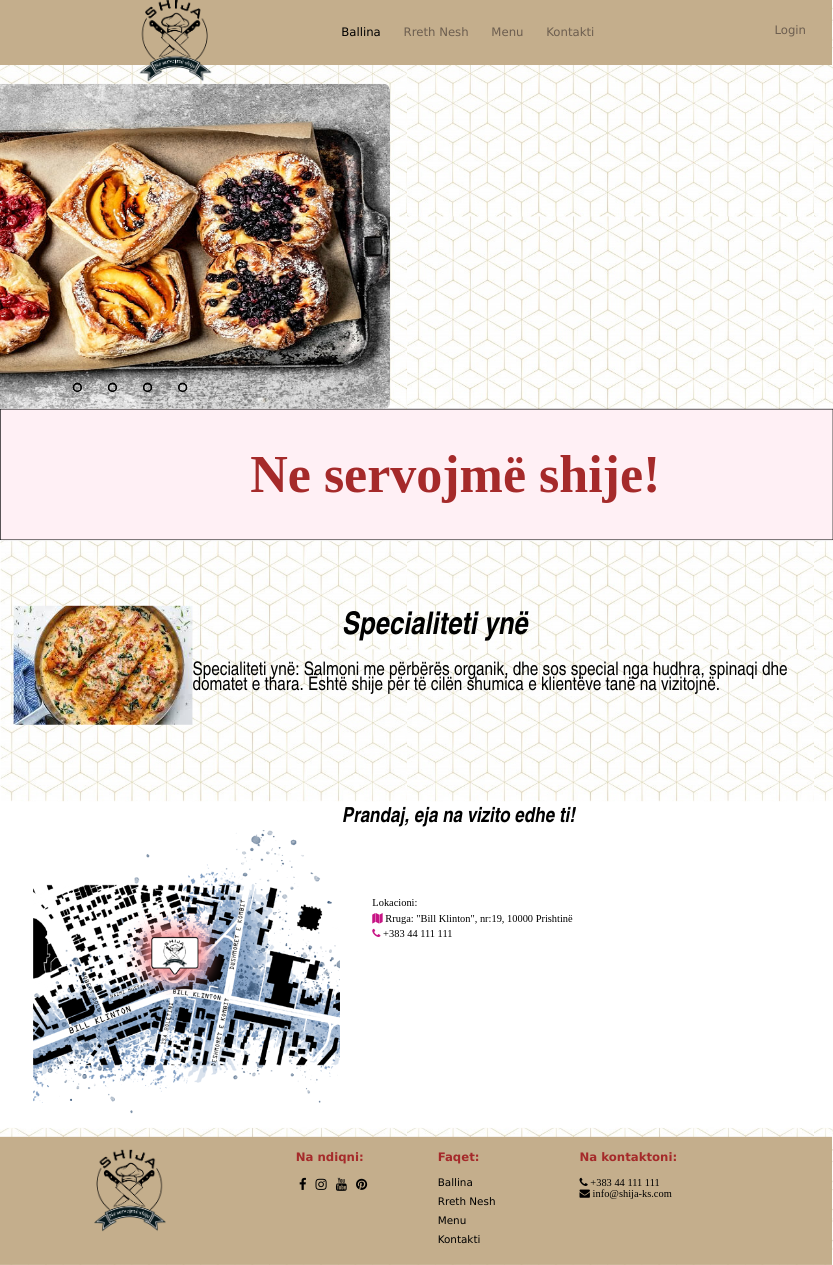
Repository: bs47892/ProjektiWeb-Shija2020
Page: http://localhost/shija.html
An editor plug-in stored every save of this project. The page is shown before and after the next save, followed by the edit.
The browser window is 1280 px wide. The page is 1282 px wide, so the pictures cover 1282 px, including what lies to the right of the window. The pictures show the whole page, at 65% of full size.
The page is run by PHP 8.4 with error messages shown; the project is at /var/www/html/.

Above is the page before, as saved 2021-02-11 23:07:04.

### shija.html
<!DOCTYPE html>
<html lang="en" dir="ltr">
    <head>
        <meta charset="utf-8">
<title> Restaurant Shija </title>
<link rel="stylesheet" type="text/css" href ="style.css">
<link rel="stylesheet" href="https://stackpath.bootstrapcdn.com/font-awesome/4.7.0/css/font-awesome.min.css">
    </head>
    <body>
       <header class="header">
           <div class ="container">
               <div class="logo">
            <img src="images/logo-png.png" alt="llogo" width="110" height="125"/>
               </div>
           <nav>
            <ul>
                <li><a href="shija.html" class="underline active">Ballina</a></li>
                <li><a href="RrethNesh.html" class="underline">Rreth Nesh</a></li>
                <li><a href="menu.html" class="underline">Menu</a></li>
                <li><a href="kontakti.html" class="underline">Kontakti</a></li>
            </ul>
            </nav>
            <li><a href="login/login.html" class="rightlog">Login</a></li>


           </div>
        </header>
 <!--********************Ketu perfundon tagu per header*****************************-->
 <!--ketu fillon slideri-->
<div class="slider">
    <dic class="slides">
        <input type="radio" name="radio-btn" id="radio1">
        <input type="radio" name="radio-btn" id="radio2">
        <input type="radio" name="radio-btn" id="radio3">
        <input type="radio" name="radio-btn" id="radio4">


        <div class="slide first">
            <img src="images/7.jpg" alt="">
        </div>
        <div class="slide">
            <img src="images/6.jpg" alt="">
        </div>
        <div class="slide">
            <img src="images/3.jpg" alt="">
        </div>
        <div class="slide">
            <img src="images/4.jpg" alt="">
        </div>
        <dic class="navigation-auto">
            <div class="auto-btn1"></div>
            <div class="auto-btn2"></div>
            <div class="auto-btn3"></div>
            <div class="auto-btn4"></div>


        </dic>

        <div class="navigation-manual">
            <label for="radio1" class="manual-btn"></label>
            <label for="radio2" class="manual-btn"></label>
            <label for="radio3" class="manual-btn"></label>
            <label for="radio4" class="manual-btn"></label>

        </div>
</div>
<script type="text/javascript">
var counter=1;
setInterval(function(){
    document.getElementById('radio'+ counter).checked=true;
    counter++;
    if(counter>4){
        counter=1;
    }
},5000);
</script>
<!--ketu perfundon slideri-->
<!--ketu fillon text box sllogani-->
<div class="sllogani">
<h1>Ne servojmë shije!</h1>
</div>
<!--ketu perfundon text box sllogani-->
<!--specialiteti-->
<div class="specialiteti">
<img src="images/download.jpg">
<h1>Specialiteti ynë</h1>
<p>Specialiteti ynë: Salmoni me përbërës organik, dhe sos special nga hudhra, spinaqi dhe domatet e thara. Është shije për të cilën shumica e klientëve tanë na vizitojnë.</p>
</div>
<!--/specialiteti-->
<!--ketu fillon fotoja e lokacionit e lokacionit-->
<div class="lokacioni">
    <h1>Prandaj, eja na vizito edhe ti!</h1>
    <img src="images/Untitled-1.png">
    <p>Lokacioni:
     <br><i class="fa fa-map"></i> Rruga: "Bill Klinton", nr:19, 10000 Prishtinë
      <br><i class="fa fa-phone"></i> +383 44 111 111
    </p>

</div>
<!--ketu perfundon fotoja e lokacionit-->
<!--**************************Ketu fillon footeri**********************************-->
<footer class="footer">
    <div class="inner_footer">
        <div class="logo">
            <img src="images/logo-png.png" alt="llogo" width="110" height="125"/>
        </div>
        <div class ="footer_third">

            <h3>Na ndiqni: </h3>
            <p>

            </p>
            <div class="socials">
            <ul>
            <li><a href="#"><i class="fa fa-facebook"></i></a></li>
            <li><a href="#"><i class="fa fa-instagram"></i></a></li>
            <li><a href="#"><i class="fa fa-youtube"></i></a></li>
            <li><a href="#"><i class="fa fa-pinterest"></i></a></li>
            </ul>
            </div>
        </div>
        <div class ="footer_third">
            <h3>Faqet: </h3>
            <p>

            </p>
            <div class="menu">
            <ul>
                <li><a href="shija.html">Ballina</a></li>
                <li><a href="RrethNesh.html">Rreth Nesh</a></li>
                <li><a href="menu.html">Menu</a></li>
                <li><a href="kontakti.html">Kontakti</a></li>
            </ul>
            </div>
            </div>

        <div class ="footer_third">
            <h3>Na kontaktoni: </h3>
            <p>

            </p>
            <div class="kontakti">
                <i class="fa fa-phone"> +383 44 111 111</i>
            <i class ="fa fa-envelope"> info@shija-ks.com</i>
            </div>
        </div>





    </footer>
    </body>
</html>

### style.css
*{
    margin:0;
    padding:0;
    list-style: none;
    text-decoration: none;
}
body{
    background-image:url(images/mainbackground.jpg);
}


header{
    min-height: 100px;
    background-color: rgb(196, 174, 140);
}
.logo {

    float:left;
    padding: 0 200px 0 215px;

}
nav ul li{
    float: left;
    line-height: 100px; /*text in the center*/
    padding-right: 15px;
}

nav ul li a{
    display: block;
    font-size: 18px;
    font-family:Verdana, Geneva, Tahoma, sans-serif;
    color:rgba(44, 37, 37, 0.582);
    padding: 0px 20px 1px 0px;

}

nav ul li a:hover{
    color:rgb(0, 0, 0);
}

.underline {
    display: inline;
    position: relative;
    user-select: none;
}



.underline::before {
    content: '';
    position: absolute;
    width: 100%;
    transform: scaleX(0);
    height: 3px;
    bottom: 0;
    left: 0;
    background-color: #000000c4;
    transform-origin: center;
    transition: transform 0.30s ease-out;
}
.underline:hover::before {
    transform: scaleX(1);
    transform-origin: center;
}

.active {
    color: black;
}
footer{
    position: relative;;    /*rreshti 47 dhe 48 e definojne poziten e footerit*/
    bottom: 0;
    width: 100vw;
    display: block;
    overflow: hidden;
    padding: 20px 0;
    box-sizing: border-box;
    background-color: rgb(196, 174, 140);
}
.inner_footer{
    display: block;
    margin: 0 auto;
    width: 1100px;
}
.inner_footer .logo{
   padding-left: 5%;

}
.inner_footer .footer_third{

  width: calc(21.666666667% - 20px);
  display: inline;
    float:left;
    height:100%
}
.inner_footer .footer_third:last-child{
    margin-right:0;
}
.inner_footer .footer_third h3{
    font-family: Verdana, Geneva, Tahoma, sans-serif;
    font-size:18px;
    color: brown;
    display:block;
    width: 100%;
    margin-bottom:20px;
}
.inner_footer .footer_third .socials a{
    font-family: Verdana, Geneva, Tahoma, sans-serif;

    display:block;
    color: black;
    font-weight:200;
    width: 100%;
    padding-bottom:20px;
}
.inner_footer .footer_third .socials li{
    display: inline-block;
    padding: 0 5px;
    font-size: 20px;
}
.inner_footer .footer_third .menu a{
    font-family:Verdana, Geneva, Tahoma, sans-serif;
    display:block;
    color: black;
    padding-bottom:10px;
}

.rightlog {
    float: right;
    display: block;
    font-size: 18px;
    font-family:Verdana, Geneva, Tahoma, sans-serif;
    color:rgba(44, 37, 37, 0.582);
    padding: 35px 40px 35px 35px;
}

.rightlog:hover {
    color: black;
}
/*main page (slider)*/
.slider{


    transform: translate(-25%, 0%);
       width:800px;
       height:500px;
       border-radius: 10px;
       overflow:hidden;

   }
   .slides{
       width:500%;
       height: 500px;
       display: flex;
   }
   .slides input{
       display: none;
   }
   .slide{
       width:20%;
       transition: 2s;
   }
   .slide img{
       width:800px;
       height:500px;
   }
   .navigation-manual{
   position: absolute;
   width:800px;
   margin-top: 460px;
   display: flex;
   justify-content: center;

   }
   .manual-btn{
       border:2px solid black;
       padding: 5px;
       border-radius: 10px;
       cursor:pointer;
       transition:1s;
   }
   .manual-btn:not(:last-child){
       margin-right: 40px;
   }
   .manual-btn:hover{
       background-color: black;

   }
   #radio1:checked ~ .first{
       margin-left:0;
   }
   #radio2:checked ~ .first{
       margin-left:-20%;
   }
   #radio3:checked ~ .first{
       margin-left:-40%;
   }
   #radio4:checked ~ .first{
       margin-left:-60%;
   }
   .navigation-auto{
       position: absolute;
       display: flex;
       width:800px;
       justify-content: center;
       margin-top: 460px;
   }
   .navigation-auto div{
       border:2px solid black;
       padding:5px;
       border-radius:10px;
       transition: 1s;
   }
   .navigation-auto div:not(:last-child){
       margin-right: 40px;
   }
   #radio:checked ~ .navigation-auto.auto-btn1{
       background: black;
   }
   #radio:checked ~ .navigation-auto.auto-btn2{
       background: black;
   }
   #radio:checked ~ .navigation-auto.auto-btn3{
       background: black;
   }
   #radio:checked ~ .navigation-auto.auto-btn4{
       background: black;
   }
   /*main slider perfundon ketu*/

   /*sllogani*/
   .sllogani{
       display:block;
       border:1px solid black;
       height: 200px;
       width: 100%;
       background-color:lavenderblush;
   }
   .sllogani h1{
      font-size: 500%;
      font-family:Brush Script MT, Brush Script Std, cursive;
      color: brown;
      margin-top: 50px;
      margin-left: 30%;

   }
   /*perfundoi sllogani*/
   /*specialitet*/
   .specialiteti{
       display: block;
       border:1px solid white;
       height: 400px;
       width:100%;

   }
   .specialiteti img{
       float:left;
       margin-top:100px;
       margin-left: 20px;
       size: 275, 153;
   }
   .specialiteti h1{
       font-size: 300%;
       margin-top: 100px;
       font-family:Arial Narrow, sans-serif;
       font-style: italic;
   }
   .specialiteti p{
       font-size: 180%;
       margin-top: 25px;
       margin-right: 50px;
       font-family:Arial Narrow, sans-serif;
   }
   /*perfundon specialiteti*/
   .lokacioni{
    display: block;
    border:1px solid white;
    height: 500px;
    width:100%;
    background-color: white;

   }
.lokacioni img{
 float: left;
 margin-left: 50px;
}
.lokacioni h1{
    font-family:Arial Narrow, sans-serif;
    font-style: italic;
}
.lokacioni p{
float: right;
margin-right: 400px;
margin-top:100px;
}
.lokacioni p i{
    color:mediumvioletred;
}

/* Rreth nesh */
.body02 {
    background-image:url(images/rrethdesc.png);
    height: 600px;
    width: 1536px;
}
.about-section{
    font-family: Verdana, Geneva, Tahoma, sans-serif;
}

.inner-container{
    height: 400px;
    font-family: 'Poppins', sans-serif;
}

.inner-container h1{
    font-size: 30px;
    font-weight: 900;
}

.text{
    font-size: 20px;
    color: #545454;
    line-height: px;
    text-align: justify;

}

h1 {
    margin-left: 41%;
    padding-top: 5px;
}

h2 {
    padding-top: 50px;
    padding-left: 30px;
}

p {
    line-height: 24px;
}

/*Menu fillon ketu*/


/*Contact Form fillon ketu*/

.containerc {
    max-width: 700px;
    width: 100%;
    margin: 0% 30% 30% 28% ;
    position: relative;
  }

  #contact input[type="text"],
  #contact input[type="email"],
  #contact input[type="tel"],
  #contact input[type="url"],
  #contact textarea,
  #contact button[type="submit"] {
    font: 400 12px/16px "Roboto", Helvetica, Arial, sans-serif;
  }

  #contact {
    background: #F9F9F9;
    padding: 25px;
    margin: 150px 0;
    box-shadow: 0 0 20px 0 rgba(0, 0, 0, 0.2), 0 5px 5px 0 rgba(0, 0, 0, 0.24);
  }

  #contact h3 {
    display: block;
    font-size: 40px;
    font-weight: 300;
    margin-bottom: 10px;
    text-align:center;
    font-family: Fjalla One, sans-serif;
  }

  #contact h4 {
    margin: 5px 0 15px;
    display: block;
    font-size: 13px;
    font-weight: 400;
    text-align: center;
    font-family: Fjalla One, sans-serif;
  }

  fieldset {
    border: medium none !important;
    margin: 0 0 10px;
    min-width: 100%;
    padding: 0;
    width: 100%;
  }

  #contact input[type="text"],
  #contact input[type="email"],
  #contact input[type="tel"],
  #contact input[type="url"],
  #contact textarea {
    width: 100%;
    border: 1px solid #ccc;
    background: #FFF;
    margin: 0 0 5px;
    padding: 10px;
    font-family: Arial, Helvetica, sans-serif;
  }

  #contact input[type="text"]:hover,
  #contact input[type="email"]:hover,
  #contact input[type="tel"]:hover,
  #contact input[type="url"]:hover,
  #contact textarea:hover {
    -webkit-transition: border-color 0.3s ease-in-out;
    -moz-transition: border-color 0.3s ease-in-out;
    transition: border-color 0.3s ease-in-out;
    border: 1px solid #aaa;
    font-family: Arial, Helvetica, sans-serif;
  }

  #contact textarea {
    height: 100px;
    max-width: 100%;
    resize: none;
  }

  #contact button[type="submit"] {
    cursor: pointer;
    width: 100%;
    border: none;
    background: #000000e1;
    color: rgb(255, 255, 255);
    margin: 0 0 5px;
    padding: 10px;
    font-size: 15px;
    border: 3px solid black;
    border-radius: 10px;
  }

  #contact button[type="submit"]:hover {
    background: rgba(255, 255, 255, 0);
    color: rgb(11, 59, 11);
    border: 3px solid black;
    -webkit-transition: background 1s ease-in-out;
    -moz-transition: background 1s ease-in-out;
    transition: background-color 1s ease-in-out;
  }

  #contact button[type="submit"]:active {
    box-shadow: inset 0 1px 3px rgb(126, 0, 0);
  }

  .copyright {
    text-align: center;
  }

  .aboutlink {
    font-size: 18px;
    color: #000000;
  }

  .aboutlink:hover {
    font-size: 18.9px;
  }

  #contact input:focus,
  #contact textarea:focus {
    outline: 0;
    border: 1px solid #aaa;
  }

  ::-webkit-input-placeholder {
    color: #888;
  }

  :-moz-placeholder {
    color: #888;
  }

  ::-moz-placeholder {
    color: #888;
  }

  :-ms-input-placeholder {
    color: #888;
  }

  /*main page (slider)
.slider{


 transform: translate(-25%, 0%);
    width:800px;
    height:500px;
    border-radius: 10px;
    overflow:hidden;

}
.slides{
    width:500%;
    height: 500px;
    display: flex;
}
.slides input{
    display: none;
}
.slide{
    width:20%;
    transition: 2s;
}
.slide img{
    width:800px;
    height:500px;
}
.navigation-manual{
position: absolute;
width:800px;
margin-top: 460px;
display: flex;
justify-content: center;

}
.manual-btn{
    border:2px solid black;
    padding: 5px;
    border-radius: 10px;
    cursor:pointer;
    transition:1s;
}
.manual-btn:not(:last-child){
    margin-right: 40px;
}
.manual-btn:hover{
    background-color: black;

}
#radio1:checked ~ .first{
    margin-left:0;
}
#radio2:checked ~ .first{
    margin-left:-20%;
}
#radio3:checked ~ .first{
    margin-left:-40%;
}
#radio4:checked ~ .first{
    margin-left:-60%;
}
.navigation-auto{
    position: absolute;
    display: flex;
    width:800px;
    justify-content: center;
    margin-top: 460px;
}
.navigation-auto div{
    border:2px solid black;
    padding:5px;
    border-radius:10px;
    transition: 1s;
}
.navigation-auto div:not(:last-child){
    margin-right: 40px;
}
#radio:checked ~ .navigation-auto.auto-btn1{
    background: black;
}
#radio:checked ~ .navigation-auto.auto-btn2{
    background: black;
}
#radio:checked ~ .navigation-auto.auto-btn3{
    background: black;
}
#radio:checked ~ .navigation-auto.auto-btn4{
    background: black;
}
*/

After the next save:
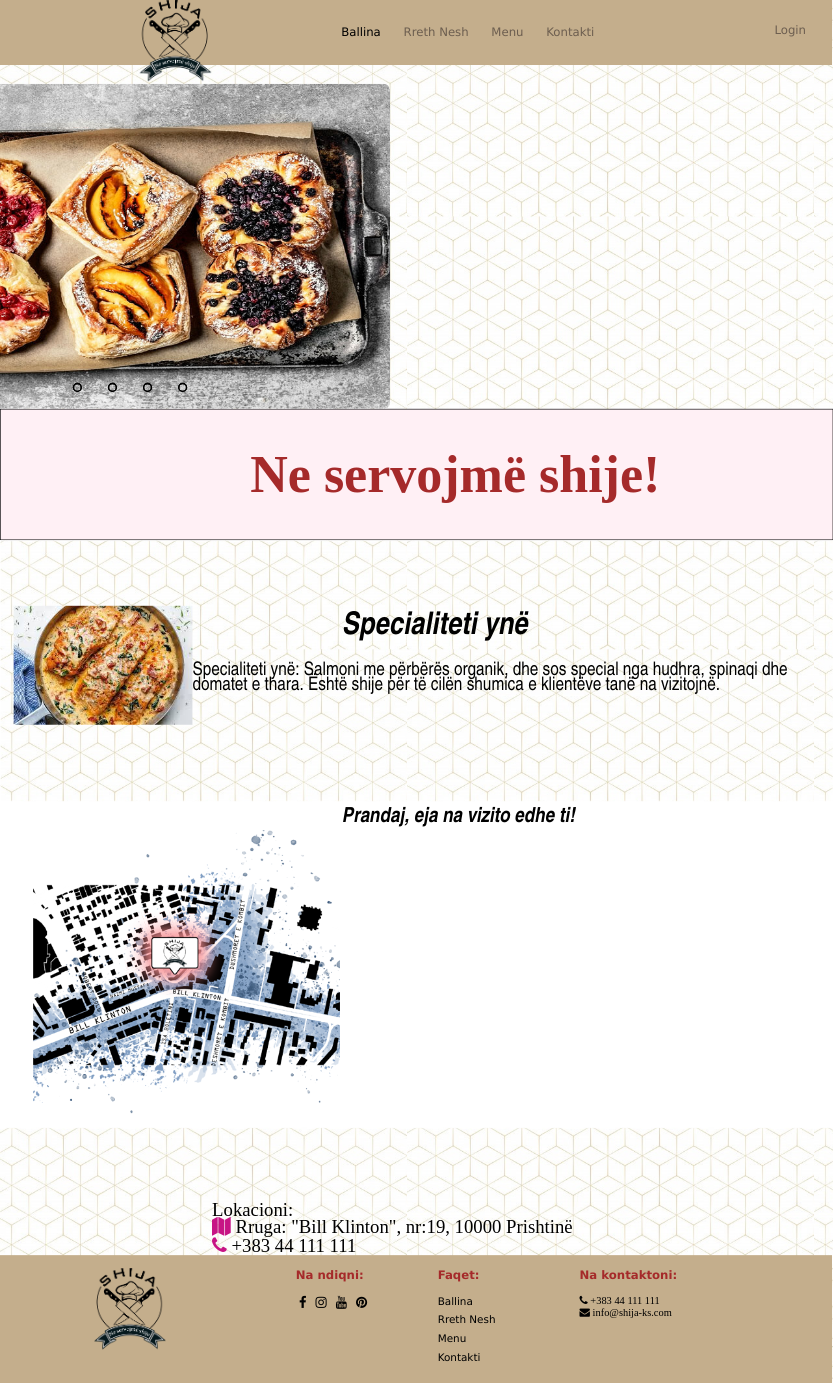
Saved 12 s later.
--- a/style.css
+++ b/style.css
@@ -291,6 +291,7 @@
 float: right;
 margin-right: 400px;
 margin-top:100px;
+font-size: 180%;
 }
 .lokacioni p i{
     color:mediumvioletred;

After the save that followed:
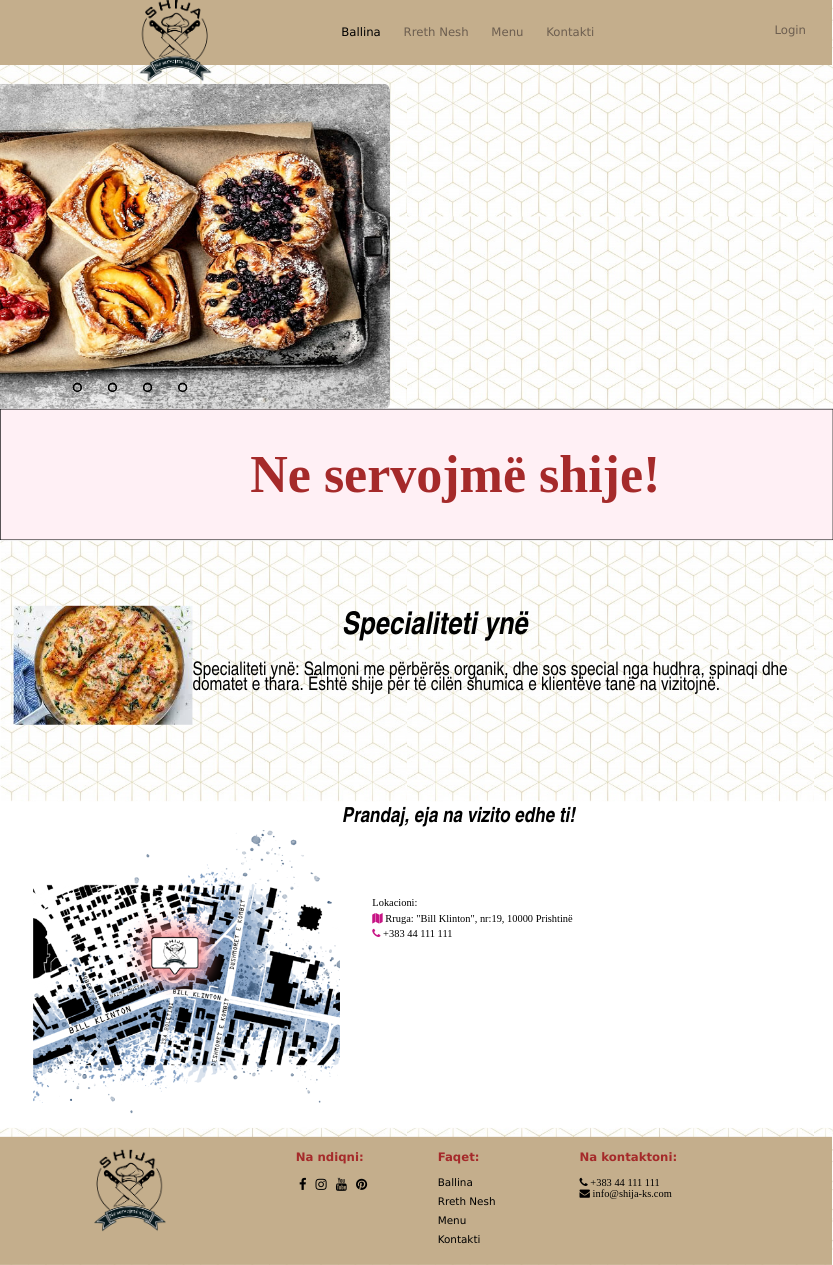
Saved 15 s later.
--- a/style.css
+++ b/style.css
@@ -291,7 +291,7 @@
 float: right;
 margin-right: 400px;
 margin-top:100px;
-font-size: 180%;
+font-size: 100%;
 }
 .lokacioni p i{
     color:mediumvioletred;
